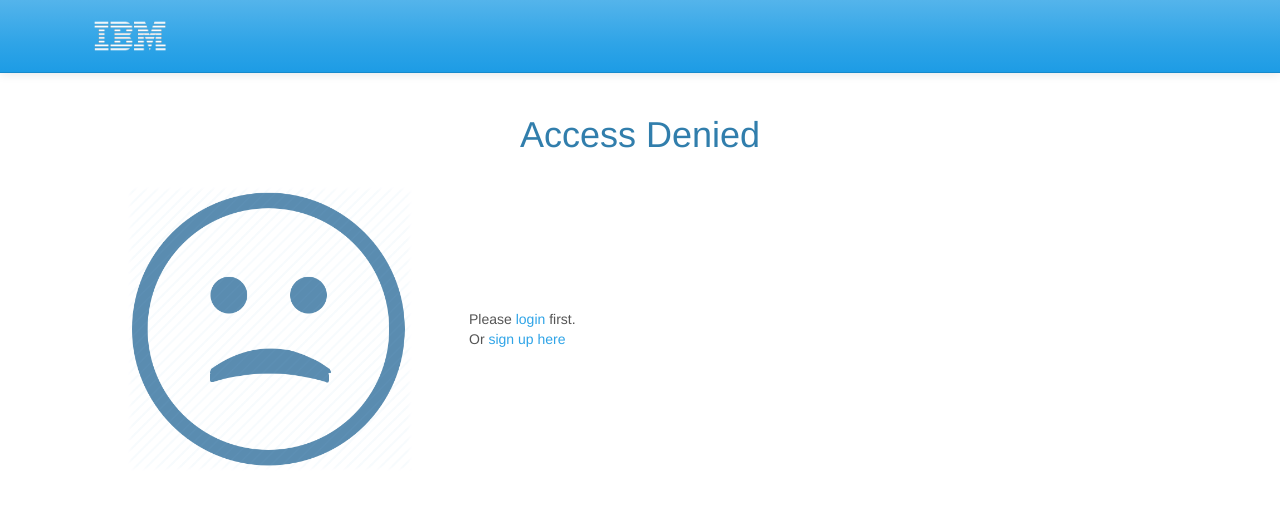
Repository: InnovationCenterOrg/InnovationCustomer
Page: http://localhost/InnovationCustomer/HomeInitAction
An editor plug-in stored every save of this project. The page is shown before and after the next save, followed by the edit.
The browser window is 1280 px wide. The pictures show the whole page.
Some web libraries are served in a nearby version. The page is served by Tomcat 9.

Above is the page before, as saved 2016-03-03 04:38:37.

After the next save:
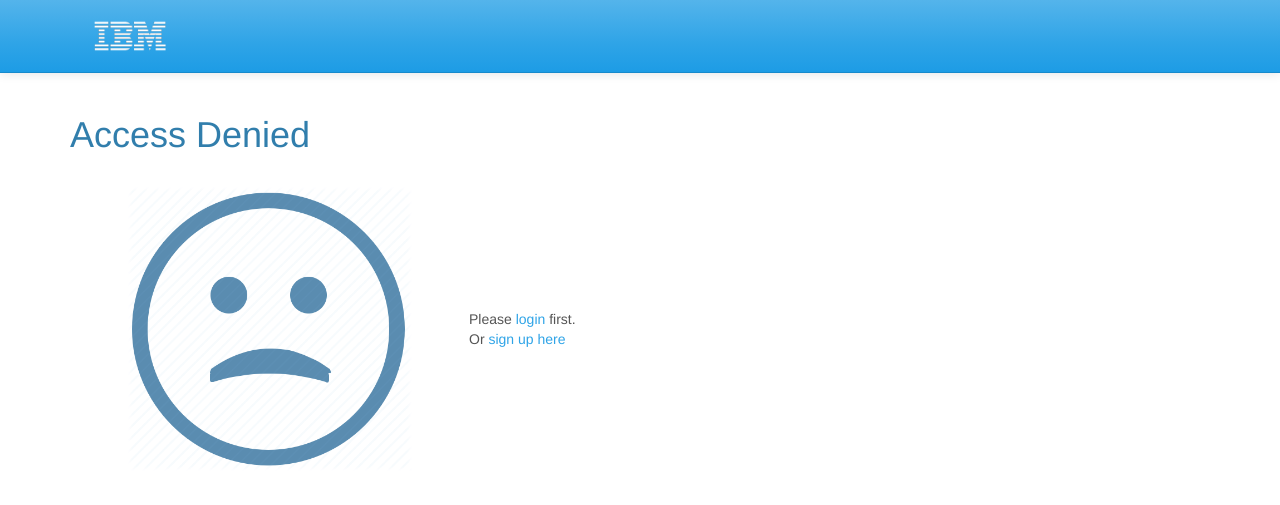
Saved 16 s later.
--- a/InnovationCustomer/WebContent/view/anonymous.jsp
+++ b/InnovationCustomer/WebContent/view/anonymous.jsp
@@ -22,7 +22,7 @@
 		</div>
 	</nav>
 	<div class="container">
-		<h1 align="center">Access Denied</h1>
+		<h1 align="left">Access Denied</h1>
 		<br>
 		<table>
 		<tbody>
